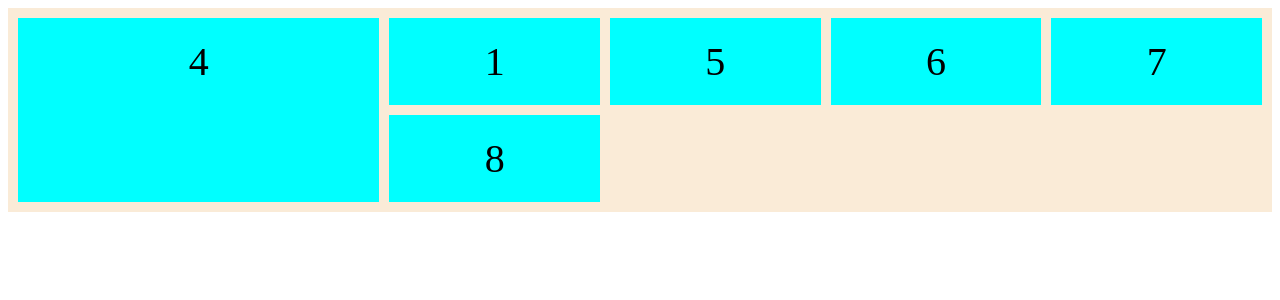
Repository: Thonghehe/Lab1_WEB106
Page: index11.html
These files come from the project's save history. The page is drawn as it stood at one moment and after the next save; the edit follows.
The browser window is 1280 px wide. The pictures show the whole page.

Above is the page before, as saved 2024-03-05 18:07:09.

### index11.html
<!DOCTYPE html>
<html lang="en">

<head>
    <meta charset="UTF-8">
    <meta name="viewport" content="width=device-width, initial-scale=1.0">
    <title>Document</title>
    <link rel="stylesheet" href="./style.css">
</head>

<body>
    <div class="grid-container">
        <div class="item1">1</div>
        <div class="item2">2</div>
        <div class="item3">3</div>
        <div class="item4">4</div>
        <div class="item5">5</div>
        <div class="item6">6</div>
        <div class="item7">7</div>
        <div class="item8">8</div>
    </div>
</body>

</html>

### style.css
.grid-container {
    display: grid;
    grid-template-columns: auto auto auto auto auto auto;
    grid-row: auto auto auto;
    gap: 10px;
    background-color: antiquewhite;
    padding: 10px;
}

.grid-container>div {
    background-color: aqua;
    text-align: center;
    padding: 20px;
    font-size: 40px;
}


.item2,

.item3,
.item4 {
    grid-column: 1/3;
    grid-row: 1/3;
}

After the next save:
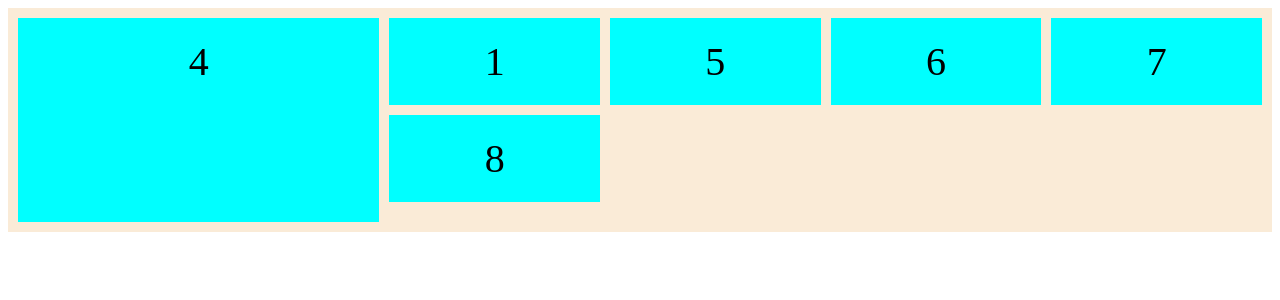
Saved 8 s later.
--- a/style.css
+++ b/style.css
@@ -20,5 +20,5 @@
 .item3,
 .item4 {
     grid-column: 1/3;
-    grid-row: 1/3;
+    grid-row: 1/5;
 }
